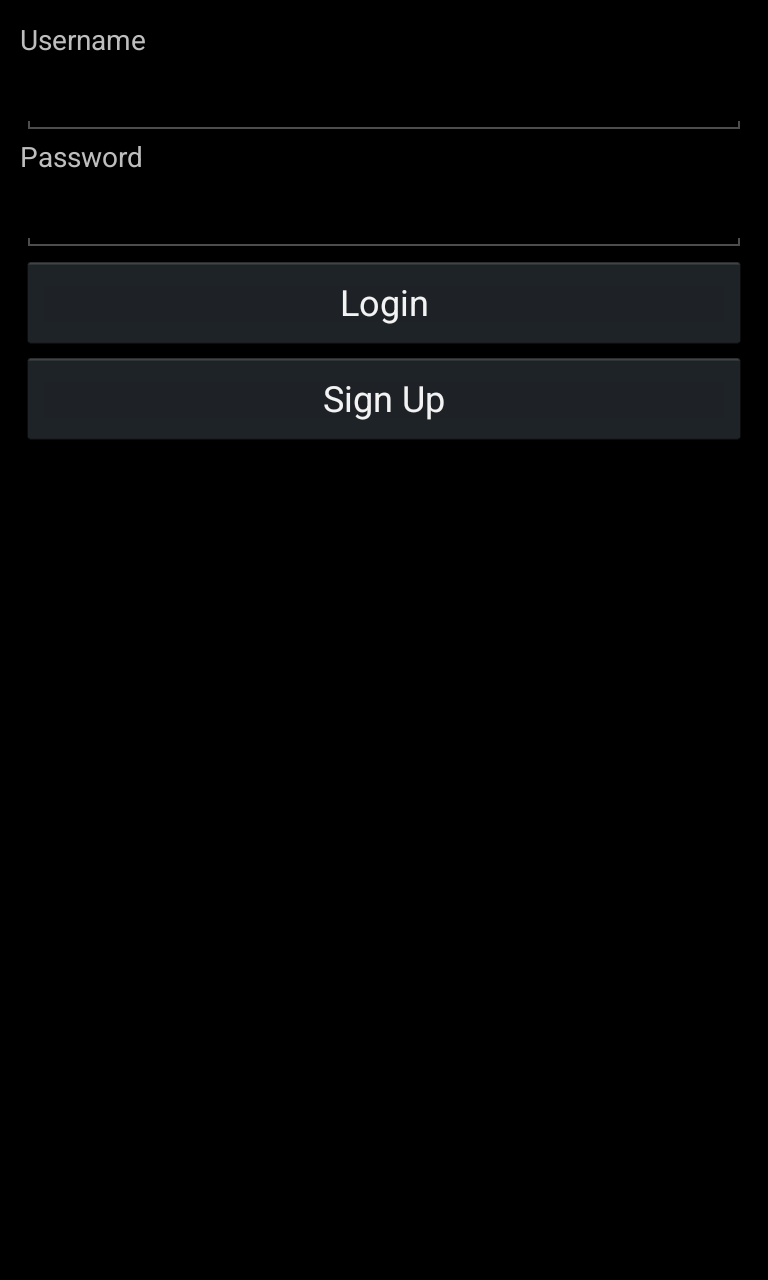
Repository: DinkyDetailsLLC/CPM
Layout: MyHairDid/res/layout/loginsignup.xml
The author's editor kept a copy of each file at every save. The layout is drawn from the files as they stood at one save, then again after the next save.
It is drawn on a 768 x 1280 px phone screen (xhdpi) without system bars, with theme android:Theme.Holo; the app's code is not run.

Above is the layout before, as saved 2014-04-03 21:36:50.

After the next save:
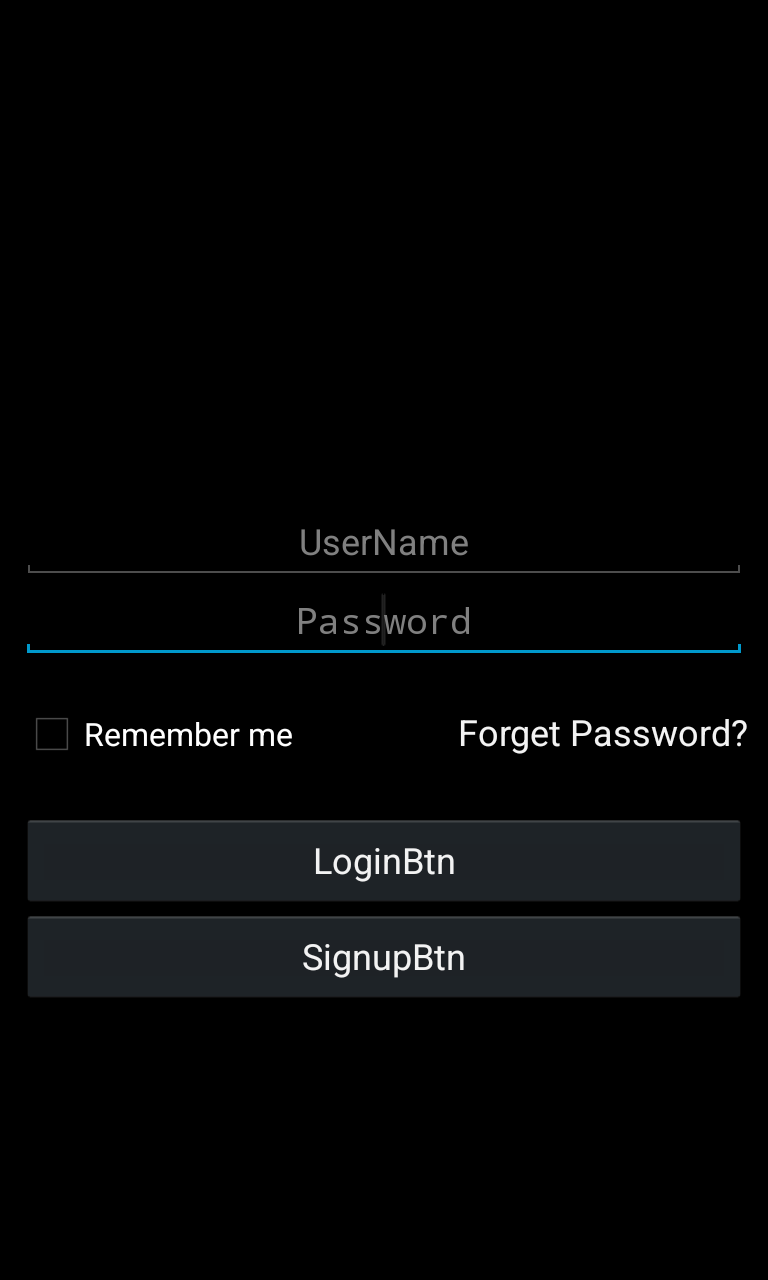
Saved 2 s later.
--- a/MyHairDid/res/layout/loginsignup.xml
+++ b/MyHairDid/res/layout/loginsignup.xml
@@ -5,45 +5,66 @@
     android:orientation="vertical"
     android:padding="10dip" >
 
-    <TextView
-        android:id="@+id/txtusername"
+    <Button
+        android:id="@+id/signup"
         android:layout_width="fill_parent"
         android:layout_height="wrap_content"
-        android:text="@string/Username" />
+        android:layout_alignLeft="@+id/login"
+        android:layout_alignParentBottom="true"
+        android:layout_marginBottom="128dp"
+        android:text="SignupBtn" />
+
+    <Button
+        android:id="@+id/login"
+        android:layout_width="fill_parent"
+        android:layout_height="wrap_content"
+        android:layout_above="@+id/signup"
+        android:layout_alignLeft="@+id/password"
+        android:text="LoginBtn" />
+
+    <EditText
+        android:id="@+id/password"
+        android:layout_width="fill_parent"
+        android:layout_height="wrap_content"
+        android:layout_above="@+id/login"
+        android:layout_alignParentLeft="true"
+        android:layout_marginBottom="76dp"
+        android:ems="10"
+        android:hint="Password"
+        android:gravity="center"
+        android:inputType="textPassword" >
+
+        <requestFocus />
+    </EditText>
 
     <EditText
         android:id="@+id/username"
         android:layout_width="fill_parent"
         android:layout_height="wrap_content"
-        android:layout_below="@+id/txtusername"
+        android:layout_above="@+id/password"
+        android:layout_alignLeft="@+id/password"
+        android:ems="10"
+        android:hint="UserName"
+        android:gravity="center"
         android:inputType="text" />
 
+    <CheckBox
+        android:id="@+id/checkBox1"
+        android:layout_width="wrap_content"
+        android:layout_height="wrap_content"
+        android:layout_above="@+id/login"
+        android:layout_alignLeft="@+id/password"
+        android:layout_marginBottom="23dp"
+        android:text="Remember me" />
+
     <TextView
-        android:id="@+id/txtpassword"
-        android:layout_width="fill_parent"
+        android:id="@+id/textView1"
+        android:layout_width="wrap_content"
         android:layout_height="wrap_content"
-        android:layout_below="@+id/username"
-        android:text="@string/Password" />
-
-    <EditText
-        android:id="@+id/password"
-        android:layout_width="fill_parent"
-        android:layout_height="wrap_content"
-        android:layout_below="@+id/txtpassword"
-        android:inputType="textPassword" />
-
-    <Button
-        android:id="@+id/login"
-        android:layout_width="fill_parent"
-        android:layout_height="wrap_content"
-        android:layout_below="@+id/password"
-        android:text="@string/LoginBtn" />
-
-    <Button
-        android:id="@+id/signup"
-        android:layout_width="fill_parent"
-        android:layout_height="wrap_content"
-        android:layout_below="@+id/login"
-        android:text="@string/SignupBtn" />
+        android:layout_alignBaseline="@+id/checkBox1"
+        android:layout_alignBottom="@+id/checkBox1"
+        android:layout_alignRight="@+id/password"
+        android:text="Forget Password?"
+        android:textAppearance="?android:attr/textAppearanceMedium" />
 
 </RelativeLayout>
